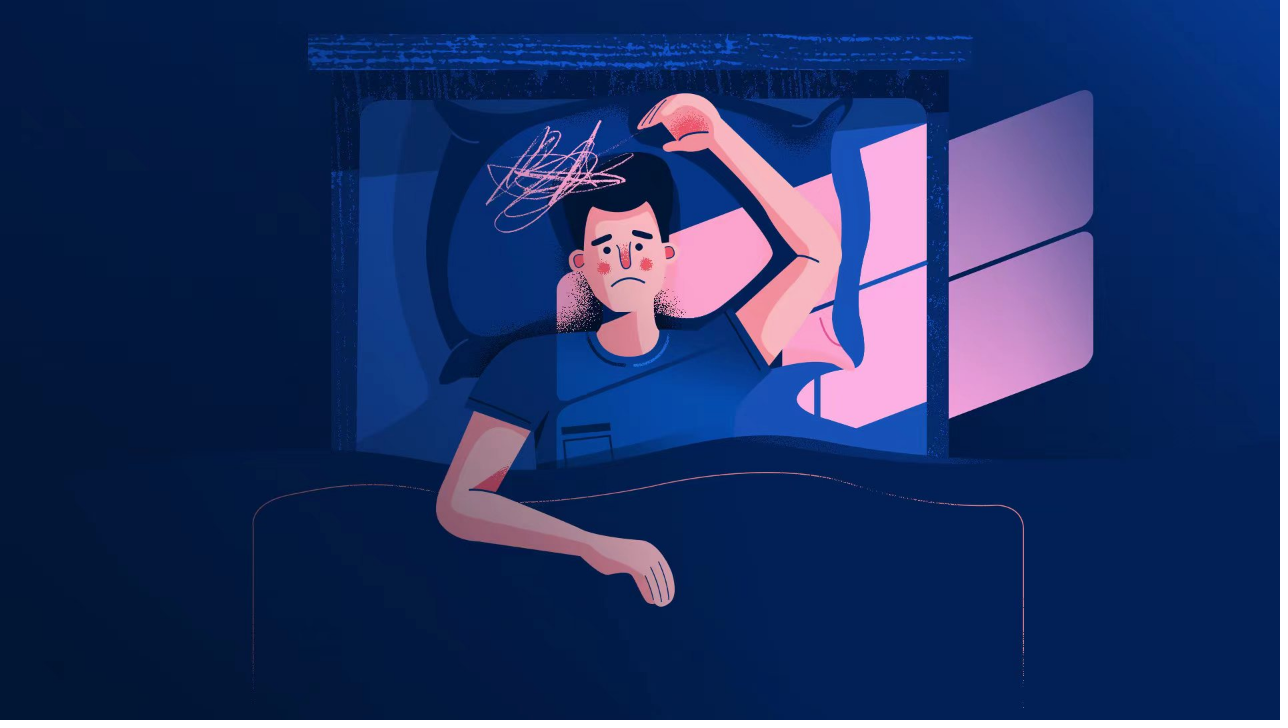
Repository: chjyume/zhongyi
Page: index2.html
An editor plug-in stored every save of this project. The page is shown before and after the next save, followed by the edit.
The browser window is 1280 px wide. The page is 1288 px wide, so the pictures cover 1288 px, including what lies to the right of the window. The pictures show the whole page.
After loading, the first visible `#text5` was clicked once.

Above is the page before, as saved 2023-06-27 09:51:30.

### index2.html
<!DOCTYPE html>
<html>
	<head>
        <meta charset="utf-8" />
		<title>小故事引入</title>

        <link href="css\index2.css" rel="stylesheet" type="text/css">
		<link rel="stylesheet" type="text/css" href="family\font.css">
	</head>
	<style>
	body
	{
        background-image:url("img/img2-1.png");
		background-repeat:no-repeat;
        height: 100%;
        width: 100%;
        background-size:cover;
        position:absolute;
        left:0;
        top:0;
	}
	</style>
	<body>
		<div class="man" id="man" tabindex="1">
		<div class="bubble1" id="text1"  tabindex="1" style="width: calc(18%)">又失眠了TAT</div>
		<div class="bubble1" id="text2"  tabindex="1" style="width: calc(13%)">我想睡觉!</div>
		<div class="bubble1" id="text4"  tabindex="1" style="width: calc(13%)">我想睡觉!!</div>

		<div class="bubble2" id="text3" tabindex="1"  style="width: calc(20%)">睡不着啊啊啊!!</div>
		<div class="bubble2" id="text2" tabindex="1"  style="width: calc(15%)">我想睡觉!!!</div>
		<div class="bubble2" id="text4"  tabindex="1" style="width: calc(13%)">好崩溃!!</div>
		<div class="bubble1" id="text5"  onclick="man()" style="width: calc(13%)">怎么办？</div>
		</div>
		<div id="AI" tabindex="1">
			<img id="robot" src="img/img2-2.png">
			<div class="bubble3" id="text" tabindex="1" style="width: calc(30%);">我可以帮助你</div>
		</div>
	</body>
</html>
<script>
	function man(){
		document.getElementById("man").style.display="none";
		document.getElementById("AI").style.display="";
	}
	</script>

### css/index2.css

.bubble1 {
    position: fixed;
    padding: 20px 12px;
    font-family:HYLeMiaoTi;
    font-size: 45px;
    line-height: 40px;
    left: calc(65%);
    color: #c0e3ff;
    background: #122648;
    border: 1px solid #4e637e;
    border-radius: 10px;
    opacity: 0;
  }

  .bubble1::before,
  .bubble1::after {

    position: absolute;
    left: -20px;
    top:24px;
    display: block;
    font-size: 0;
    line-height: 0;
    border-color: #4e637e #4e637e transparent transparent;
    border-style: solid;
    border-width: 10px;
    content: "";
  }

  .bubble1::after {
    left: -17px;
    top:25px;
    border-color: #122648 #122648 transparent transparent;
  }



  .bubble2 {
    position: fixed;
    padding: 20px 12px;
    font-family:HYLeMiaoTi;
    font-size: 45px;
    line-height: 40px;
    left: calc(16%);
    color: #c0e3ff;
    background: #122648;
    border: 1px solid #4e637e;
    border-radius: 10px;
    opacity: 0;
  }


  .bubble2::before,
  .bubble2::after {

    position: absolute;
    right: -20px;
    top:25px;
    display: block;
    font-size: 0;
    line-height: 0;
    border-color: transparent transparent #4e637e #4e637e;
    border-style: solid;
    border-width: 10px;
    content: "";
  }

  .bubble2::after {
    right: -17px;
    top:24px;
    border-color:transparent transparent #122648 #122648 ;
  }


  #text1{
    top: calc(8%);
    animation: bubble 2s linear 0s 1 normal forwards;
  }
  #text2{
    top: calc(25%);
    margin-left: calc(4%);
    animation: bubble 2s linear 1.5s 1 normal forwards;
  }
  #text3{
    top: calc(13%);
    margin-right: calc(2%);
    animation: bubble 2s linear 1s 1 normal forwards;
  }
  #text4{
    top: calc(39%);
    margin-right: calc(3%);
    animation: bubble 2s linear 2s 1 normal forwards;
  }
  #text5{
    top: calc(55%);
    margin-right: calc(3%);
    animation: bubble 2s linear 2.5s 1 normal forwards;
  }


  @keyframes bubble {
    0% {
      opacity: 0;
  }
  100% {
    opacity: 1;
  }
}

.bubble1:hover{
  cursor:pointer;
}
.bubble2:hover{
  cursor:pointer;
}

#text1:focus{
  animation: rebubble 3s ease-out 0s 1 normal forwards;
}

#text2:focus{
  animation: rebubble 3s ease-out 0s 1 normal forwards;
}

#text3:focus{
  animation: rebubble 3s ease-out 0s 1 normal forwards;
}

#text4:focus{
  animation: rebubble 3s ease-out 0s 1 normal forwards;
}


@keyframes rebubble {
  0% {
    opacity: 1;
}
50% {
  opacity: 0;
}
100%{
  opacity: 1;
}
}


/* AI机器人部分 */
#AI{
  display: none;
}
#robot{
  width: 13%;
  position: fixed;
  top: calc(65%);
  left: calc(15%);
  z-index: 1;

}

.bubble3 {
  position: relative;
  padding: 20px 12px;
  font-family:HYLeMiaoTi;
  font-size: 45px;
  line-height: 40px;
  margin-top: calc(38%);
  left: calc(30%);
  color: #122648;
  background: #c2d9e9;
  border: 1px solid #3fffef;
  border-radius: 10px;

}

.bubble3::before,
.bubble3::after {

  position: absolute;
  left: -20px;
  top:24px;
  display: block;
  font-size: 0;
  line-height: 0;
  border-color: #3fffef #3fffef transparent transparent;
  border-style: solid;
  border-width: 10px;
  content: "";
}

.bubble3::after {
  left: -17px;
  top:25px;
  border-color: #c2d9e9 #c2d9e9 transparent transparent;
}

### family/font.css
@font-face {
    font-family: "HYLeMiaoTi";
    src:url("HYLeMiaoTiJ.ttf");
    font-weight: normal;
    font-style: normal;
}

After the next save:
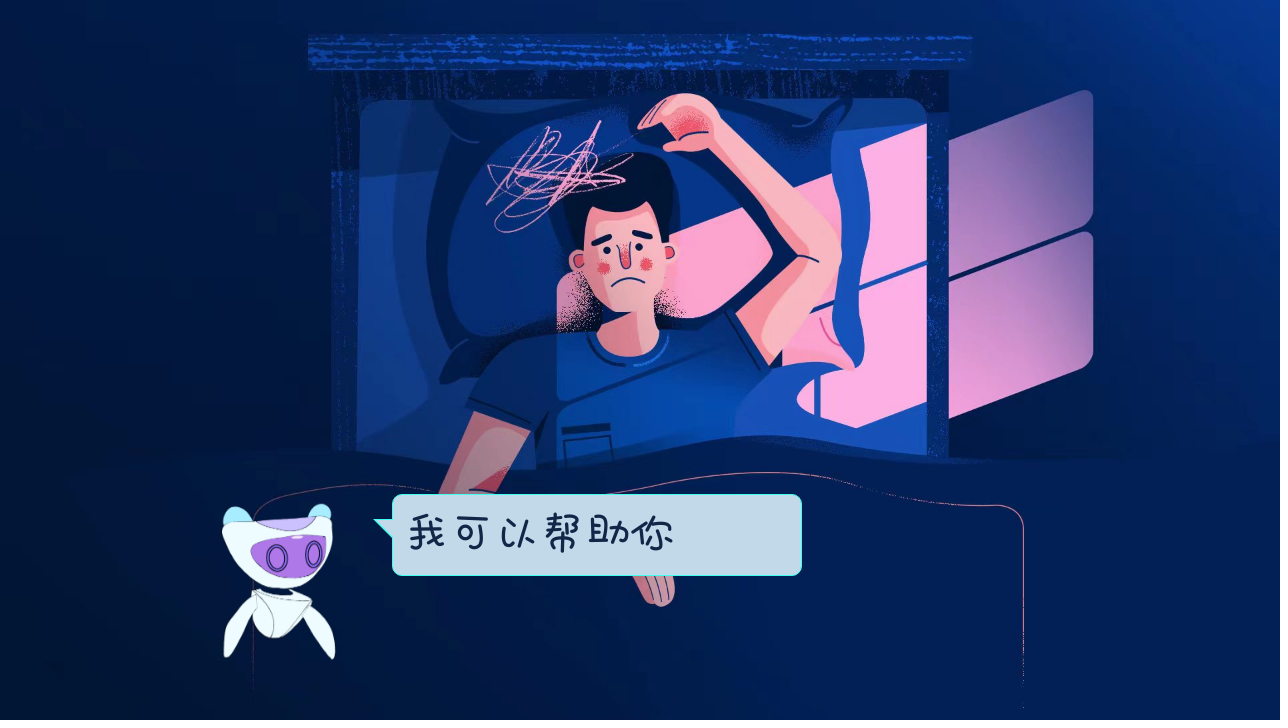
Saved 118 s later.
--- a/index2.html
+++ b/index2.html
@@ -40,6 +40,6 @@
 <script>
 	function man(){
 		document.getElementById("man").style.display="none";
-		document.getElementById("AI").style.display="";
+		document.getElementById("AI").style.display="block";
 	}
 	</script>
